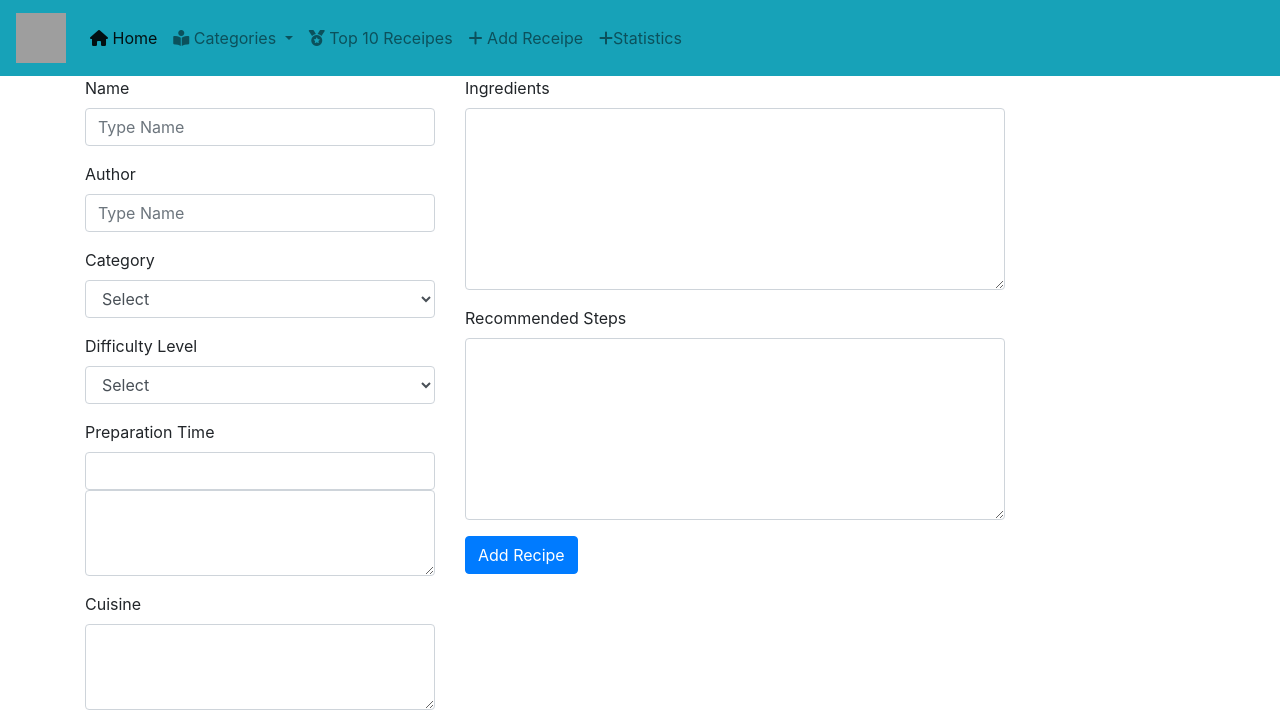
Repository: toderas/Flask-Cook-Book
Page: templates/addrecipe.html
The author's editor kept a record of every edit. The page is drawn from the files as they stood at one moment, then again after the next edit.
The browser window is 1280 px wide. The pictures show the whole page.
Pictures or frames that could not be fetched are drawn as grey boxes. Some web libraries are served in a nearby version. The page is served by the project's application, run on Flask 3 (cookbook.py). The template is opened directly, without the code that normally fills it, so the values that code supplies are empty.

Above is the page before.

After the next edit:
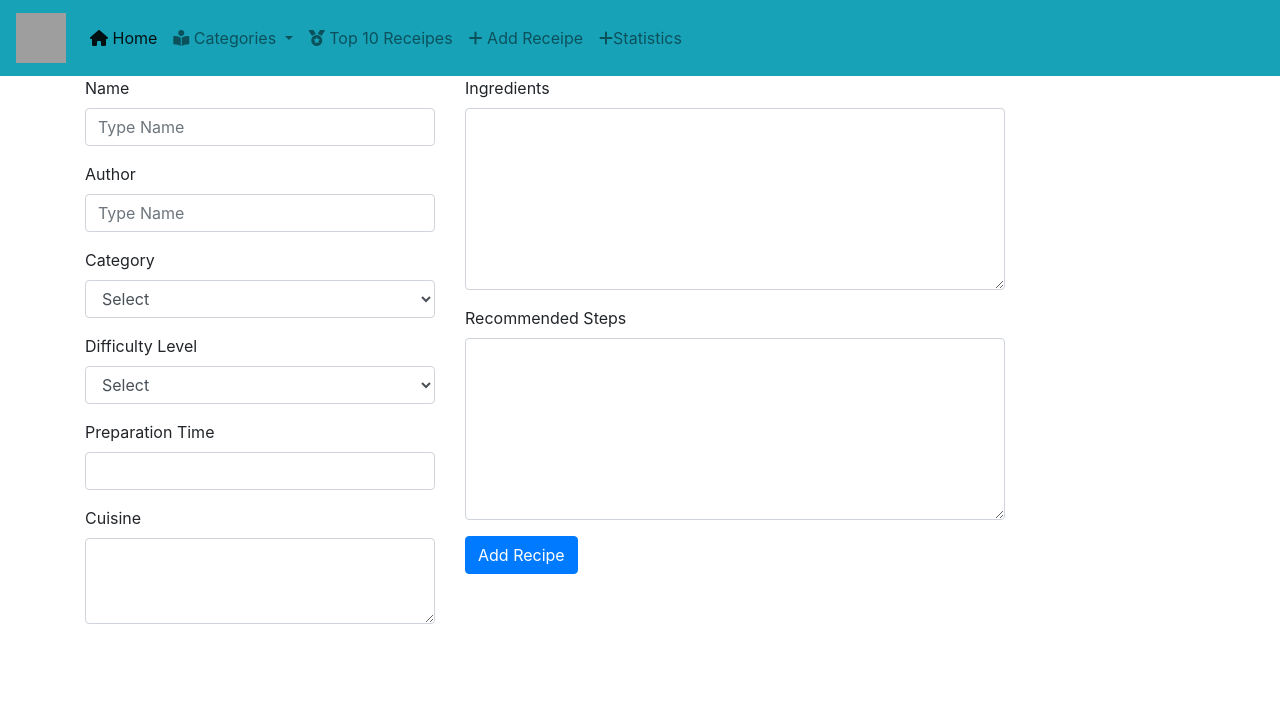
The edit:
--- a/templates/addrecipe.html
+++ b/templates/addrecipe.html
@@ -33,7 +33,7 @@
           <label for="Preparation time">Preparation Time</label>
            <input class="form-control" name="dish_prep_time" id="dish_prep_time" required type="number" maxlength="2" min="0" max="99"/>
 
-          <textarea class="form-control" name="dish_prep_time" id="dish_prep_time" rows="3" required></textarea>
+          <!--<textarea class="form-control" name="dish_prep_time" id="dish_prep_time" rows="3" required></textarea>-->
         </div>
         <div class="form-group">
           <label for="Cuisine">Cuisine</label>
